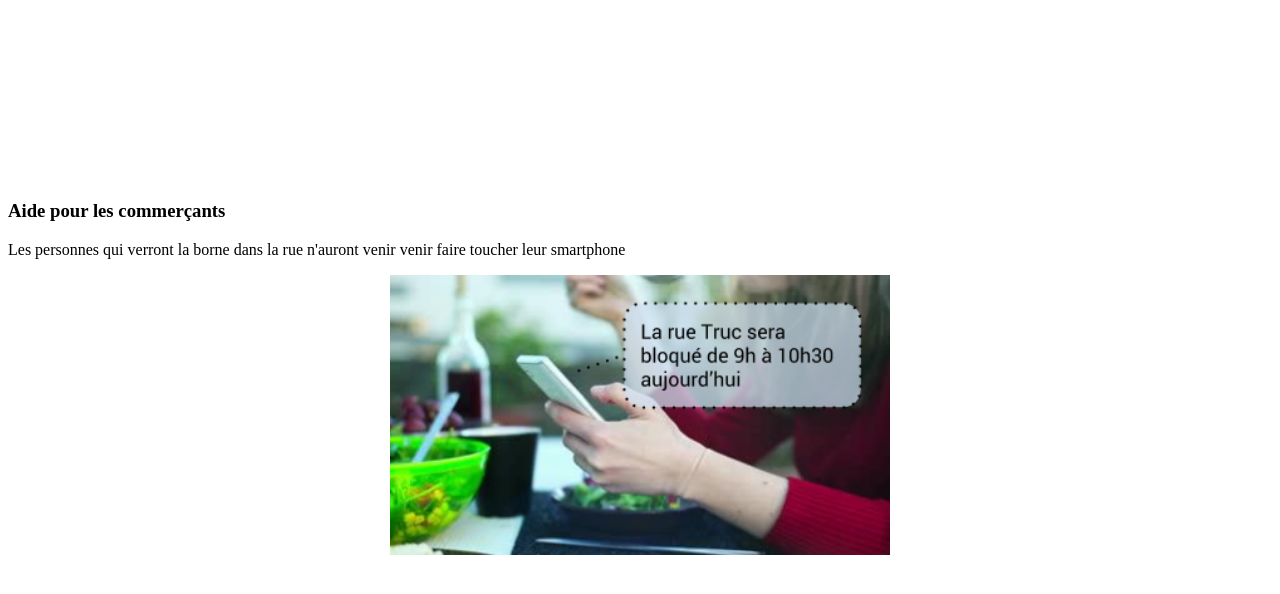
Repository: PierreGauthier/DU-Phase2
Page: duphase2/templates/1man1.html
The author's editor kept a record of every edit. The page is drawn from the files as they stood at one moment, then again after the next edit.
The browser window is 1280 px wide. The pictures show the whole page.
The template is drawn by Django 2.2. The application's start-up code is not run. Other server files are loaded and not shown. The template is opened directly, without the code that normally fills it, so the values that code supplies are empty.

Above is the page before.

### duphase2/templates/1man1.html

<div class="ui grid">
   <div class="eight wide column" style="text-align:justify;vertical-align: center;" >
       <h3 style="margin-top:200px;">Aide pour les commerçants</h3>
       <p>Les personnes qui verront la borne dans la rue n'auront venir venir faire toucher leur smartphone</p>
   </div>
   <div class="eight wide column">
       <center><img src='/static/images/1man1.png' style="width:500px;"/></center>
   </div>
</div>

After the next edit:
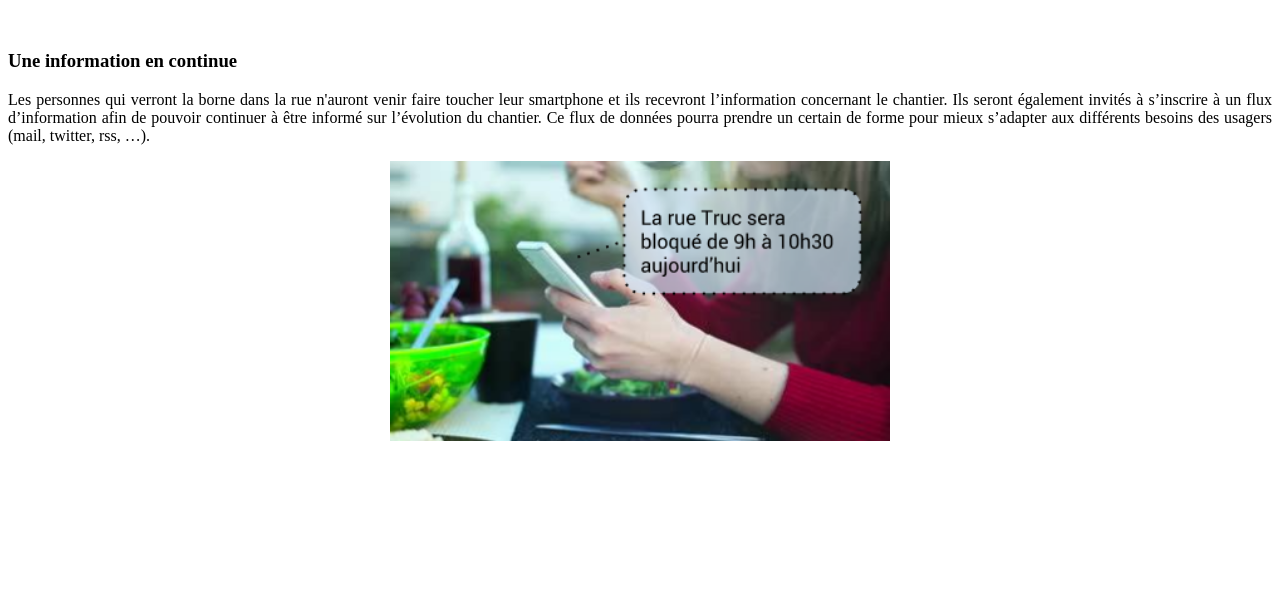
The edit:
--- a/duphase2/templates/1man1.html
+++ b/duphase2/templates/1man1.html
@@ -1,8 +1,9 @@
 
 <div class="ui grid">
    <div class="eight wide column" style="text-align:justify;vertical-align: center;" >
-       <h3 style="margin-top:200px;">Aide pour les commerçants</h3>
-       <p>Les personnes qui verront la borne dans la rue n'auront venir venir faire toucher leur smartphone</p>
+       <h3 style="margin-top:50px;">Une information en continue</h3>
+       <p>Les personnes qui verront la borne dans la rue n'auront venir faire toucher leur smartphone et ils recevront l’information concernant le chantier. Ils seront également invités à s’inscrire à un flux d’information afin de pouvoir continuer à être informé sur l’évolution du chantier.
+       Ce flux de données pourra prendre un certain de forme pour mieux s’adapter aux différents besoins des usagers (mail, twitter, rss, …).</p>
    </div>
    <div class="eight wide column">
        <center><img src='/static/images/1man1.png' style="width:500px;"/></center>
